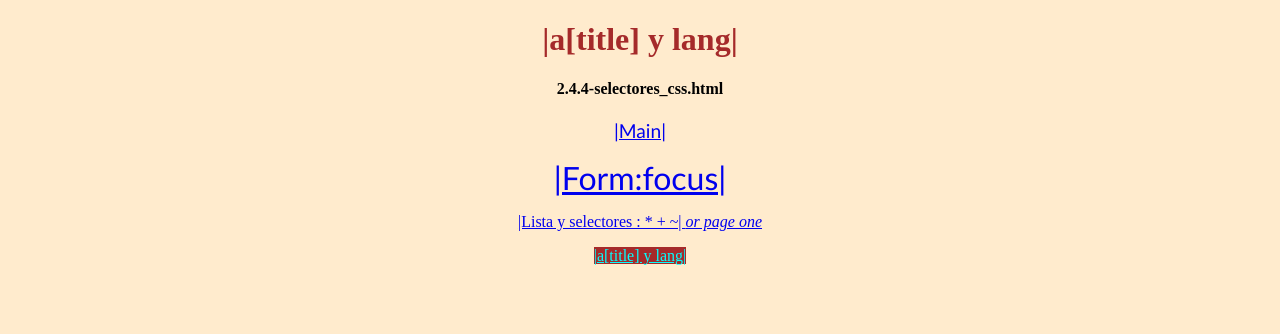
Repository: cesarsant0203/My_Study
Page: Introducción al desarrollo web/2-Css/2.4.4-selectores_css.html
These files come from the project's save history. The page is drawn as it stood at one moment and after a run of saves; the edit follows.
The browser window is 1280 px wide. The pictures show the whole page.

Above is the page before, as saved 2020-04-28 19:45:33.

After the next 2 saves:
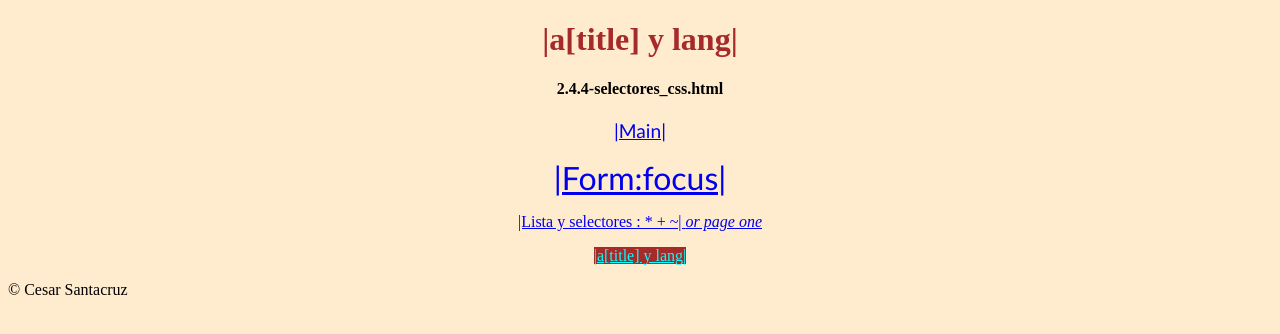
The 2 saves are shown as one change because they came seconds apart.
The last was saved 12 s later.
--- a/Introducción al desarrollo web/2-Css/2.4.4-selectores_css.html
+++ b/Introducción al desarrollo web/2-Css/2.4.4-selectores_css.html
@@ -28,9 +28,9 @@
             </p>
         </nav>
     </section>
-    <article>
-
-    </article>
+    <footer>
+        &copy Cesar Santacruz
+    </footer>
 </body>
 
 </html>
